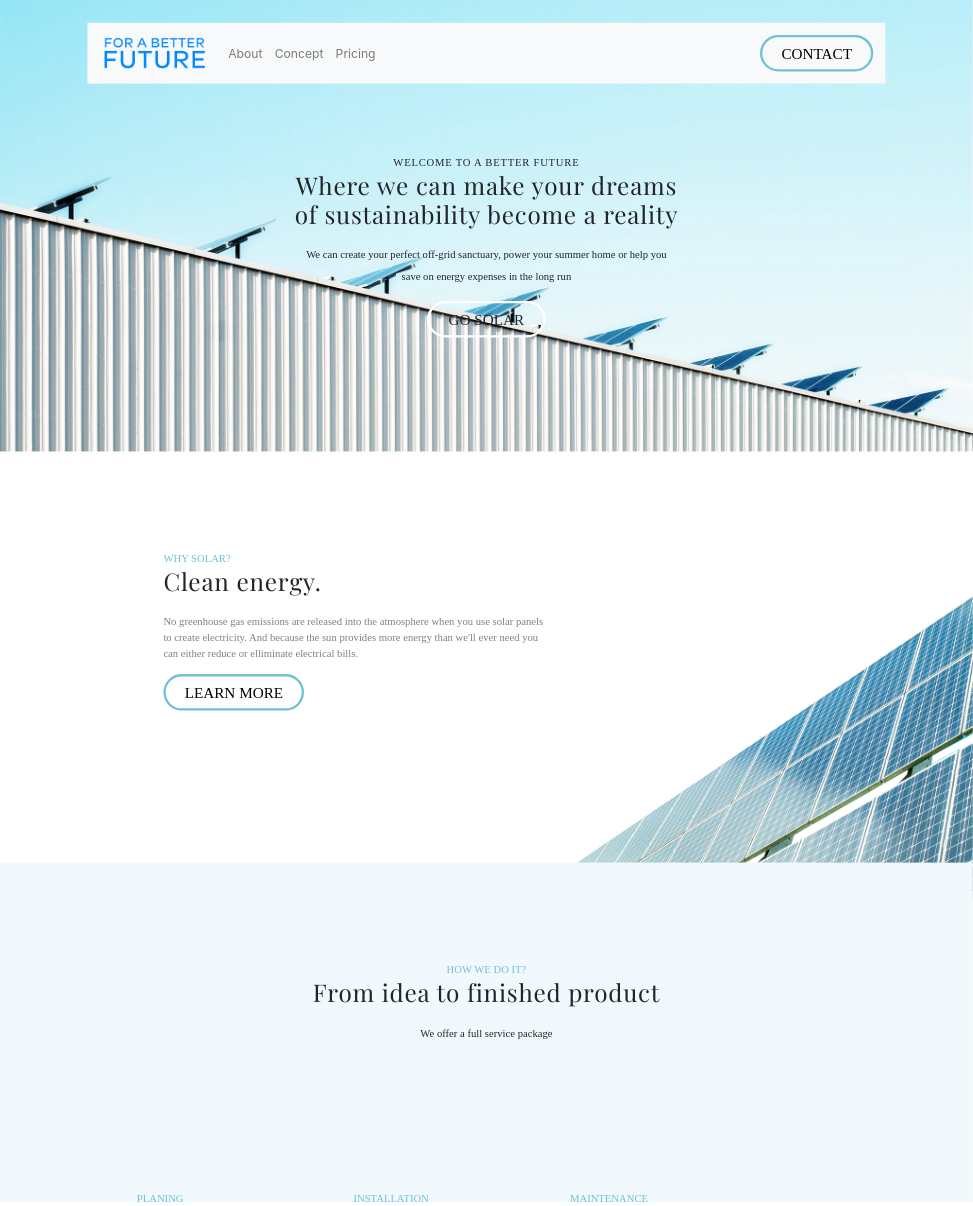
Repository: sabinemm/fabf
Page: index.html
The author's editor kept a record of every edit. The page is drawn from the files as they stood at one moment, then again after the next edit.
The browser window is 1280 px wide. The pictures show the whole page, at 76% of full size.
Backgrounds fixed to the window are drawn as part of the page. Some web fonts or font styles are not loaded; a fallback is used.

Above is the page before.

### index.html
<!DOCTYPE html>
<html lang="en">

<head>
    <meta charset="UTF-8">
    <meta name="viewport" content="width=device-width, initial-scale=1.0">
    <meta http-equiv="X-UA-Compatible" content="ie=edge">
    <link rel="stylesheet" href="style.css" type="text/css" />
    <link rel="stylesheet" href="https://stackpath.bootstrapcdn.com/bootstrap/4.3.1/css/bootstrap.min.css" integrity="sha384-ggOyR0iXCbMQv3Xipma34MD+dH/1fQ784/j6cY/iJTQUOhcWr7x9JvoRxT2MZw1T" crossorigin="anonymous">
    <link rel="stylesheet" media="screen" href="https://fontlibrary.org/face/roundo" type="text/css" />
    <link rel="stylesheet" media="screen" href="https://fontlibrary.org/face/source-sans-pro" type="text/css" />
    <link href="https://fonts.googleapis.com/css?family=Playfair+Display&display=swap" rel="stylesheet">
    <title>FOR A BETTER FUTURE</title>
</head>

<body>

    <!–-----– NAVBAR ------->

    <div class="container">
        <nav class="navbar navbar-fixed-top navbar-expand-lg navbar-light bg-light">
            <a class="navbar-brand" href="#">
          <img src="img/logo.svg" height="50px"alt="logo">
        </a>
            <button class="navbar-toggler" type="button" data-toggle="collapse" data-target="#navbarText" aria-controls="navbarText" aria-expanded="false" aria-label="Toggle navigation">
    <span class="navbar-toggler-icon"></span>
  </button>
            <div class="collapse navbar-collapse justify-content-center" id="navbarText">
                <ul class="navbar-nav mr-auto">
                    <li class="nav-item">
                        <a class="nav-link" href="#">About</a>
                    </li>
                    <li class="nav-item">
                        <a class="nav-link" href="#">Concept</a>
                    </li>
                    <li class="nav-item">
                        <a class="nav-link" href="#">Pricing</a>
                    </li>
                </ul>
                <span class="navbar-text">
          <button type="button" class="btn btn-blue-border">CONTACT</button>
    </span>
            </div>
        </nav>
    </div>

    <!–-----– FIRST SECTION ------->

    <section id="parallax">
        <div class="container">
            <div class="ltitle text-center">
                <p class="uppercase stitle">WELCOME TO A BETTER FUTURE</p>
                <h2> Where we can make your dreams <br> of sustainability become a reality </h2>
                <p class="tparagraph"> We can create your perfect off-grid sanctuary, power your summer home or help you <br> save on energy expenses in the long run</p>
                <button type="button" class="btn  btn-transp-white-border">GO SOLAR</button>
            </div>
        </div>
    </section>

    <!–-----– SECOND SECTION ------->

    <section id="clean">
        <div class="container container-fluid section-2">
            <div class="row">
                <div class="col col-md-6">
                    <p class="uppercase stitle stitle-blue">WHY SOLAR?</p>
                    <h2 class="ltitle ltitle2"> Clean energy.</h2>
                    <p class="tparagraph tparagraph2"> No greenhouse gas emissions are released into the atmosphere when you use solar panels to create electricity. And because the sun provides more energy than we'll ever need you can either reduce or elliminate electrical bills. </p>
                    <button type="button" class="btn btn-blue-border">LEARN MORE</button>

                </div>
            </div>

            <div class="container">
                <div class="col col-md-6 offset-md-6">
                    <img src="img/sidepanel.png" class="sidepanel"></img>
                </div>
            </div>
        </div>

    </section>

    <!–-----– THIRD SECTION ------->

    <section id="idea">
        <div class="idea-title text-center">
            <p class="uppercase stitle stitle-blue">HOW WE DO IT?</p>
            <h2 class="ltitle ltitle2"> From idea to finished product</h2>
            <p class="tparagraph">We offer a full service package</p>

        </div>
        <div class="container idea-table">
            <div class="row justify-content-center">
                <div class=" col-3">
                     <p class="uppercase stitle stitle-blue">PLANING</p>
                </div>
                <div class="col-3">
                     <p class="uppercase stitle stitle-blue">INSTALLATION</p>
                </div>
                <div class="col-sm-4 col-md-4">
                     <p class="uppercase stitle stitle-blue">MAINTENANCE</p>
                </div>
            </div>

        </div>

    </section>

</body>

</html>

### style.css

/*-------------------navbar------------------*/

.navbar {
    margin-top: 30px;
    margin-left: 30px;
    margin-right: 30px;

}

@media (max-width:536px) {
    .navbar {
        margin-top: 15px;
        margin-left: 10px;
        margin-right: 10px;
    }
}

/*-------------------Buttons------------------*/

.btn-transp-white-border,
.btn-transp-white-border:hover,
.btn-transp-white-border:active,
.btn-transp-white-border:visited,
.btn-transp-white-border:active:focus,
.btn-transp-white-border:focus {
    background-color: rgba(0, 0, 0, 0);
    border: solid 3px white !important;
    border-radius: 30px !important;
    color: white;
    text-align: center;
    text-decoration: none;
    display: inline-block;
    font-size: 20px !important;
    font-family: 'SourceSansProRegular';
    padding-left: 25px !important;
    padding-right: 25px !important;
}


.btn-transp-white-border:hover {
    background-color: rgba(255, 255, 255, 0.5);
    padding-left: 25px;
    padding-right: 25px;
}


.btn-blue-border,
.btn-blue-border:hover,
.btn-blue-border:active,
.btn-blue-border:visited,
.btn-blue-border:active:focus,
.btn-blue-border:focus {
    background-color: rgba(0, 0, 0, 0) !important;
    border: solid 3px rgb(112, 192, 214) !important;
    border-radius: 30px !important;
    color: black !important;
    text-align: center;
    text-decoration: none;
    display: inline-block;
    font-size: 20px !important;
    font-family: 'SourceSansProRegular';
    padding-left: 25px !important;
    padding-right: 25px!important;
}

.btn-blue-border:hover {
    background-color: rgba(112, 192, 214, 0.5) !important;
    padding-left: 25px;
    padding-right: 25px;
}


/*-------------------SECTION 1 PAGE 1------------------*/

#parallax {
    background: url(img/1page1section.jpg);
    background-attachment: fixed;
    background-position: bottom;
    background-repeat: no-repeat;
    background-size: cover;
    margin-top: -110px;
}

@media (max-width:536px) {
    #parallax {
        margin-top: -110px;
    }
}

.stitle {
    font-size: 14px;
    font-family: 'RoundoRegular';
    font-weight: 500;
    font-style: normal;
    margin-bottom: -5px;
}

.ltitle {
    padding-top: 200px;
    font-family: 'Playfair Display';
    letter-spacing: 1px;
    line-height: 30px;
    padding-bottom: 150px;
}

@media (max-width:768px) {
    .ltitle {
        padding-top: 150px;
        padding-bottom: 100px;
    }
}

.tparagraph {
    padding-top: 10px;
    font-family: 'SourceSansProRegular';
    font-weight: normal;
    font-style: normal;
    font-size: 14px;
    letter-spacing: 0;
}

@media (max-width:768px) {
    br {
        display: none !important;
        visibility: hidden;
    }
}

/*-------------------SECTION 2 PAGE 1------------------*/
#clean {
    padding-left: 0;
}
@media (min-width:768px) {
#clean {
    padding-left: 200px;
}
}


.stitle-blue {
    color:rgb(112, 192, 214);
    padding-top: 70px;

}

@media (min-width:768px) {
    .stitle-blue {
        padding-top: 130px;
    }
}

.ltitle2 {
padding-top: 10px;
padding-bottom: 10px;
}

.tparagraph2 {
    color: gray;

}

.section-2 {
  padding-bottom: 100px;
}

.sidepanel {
position:relative;
float: right;
height:400px;
margin-top: -150px;
margin-right: -45px;
z-index: -1;
}

/*-------------------SECTION 3 PAGE 1------------------*/

#idea {
    background-color: rgb(242, 249,252);
}

.idea-title {;
    padding-bottom: 50px;
    margin-top: 100px;
}

After the next edit:
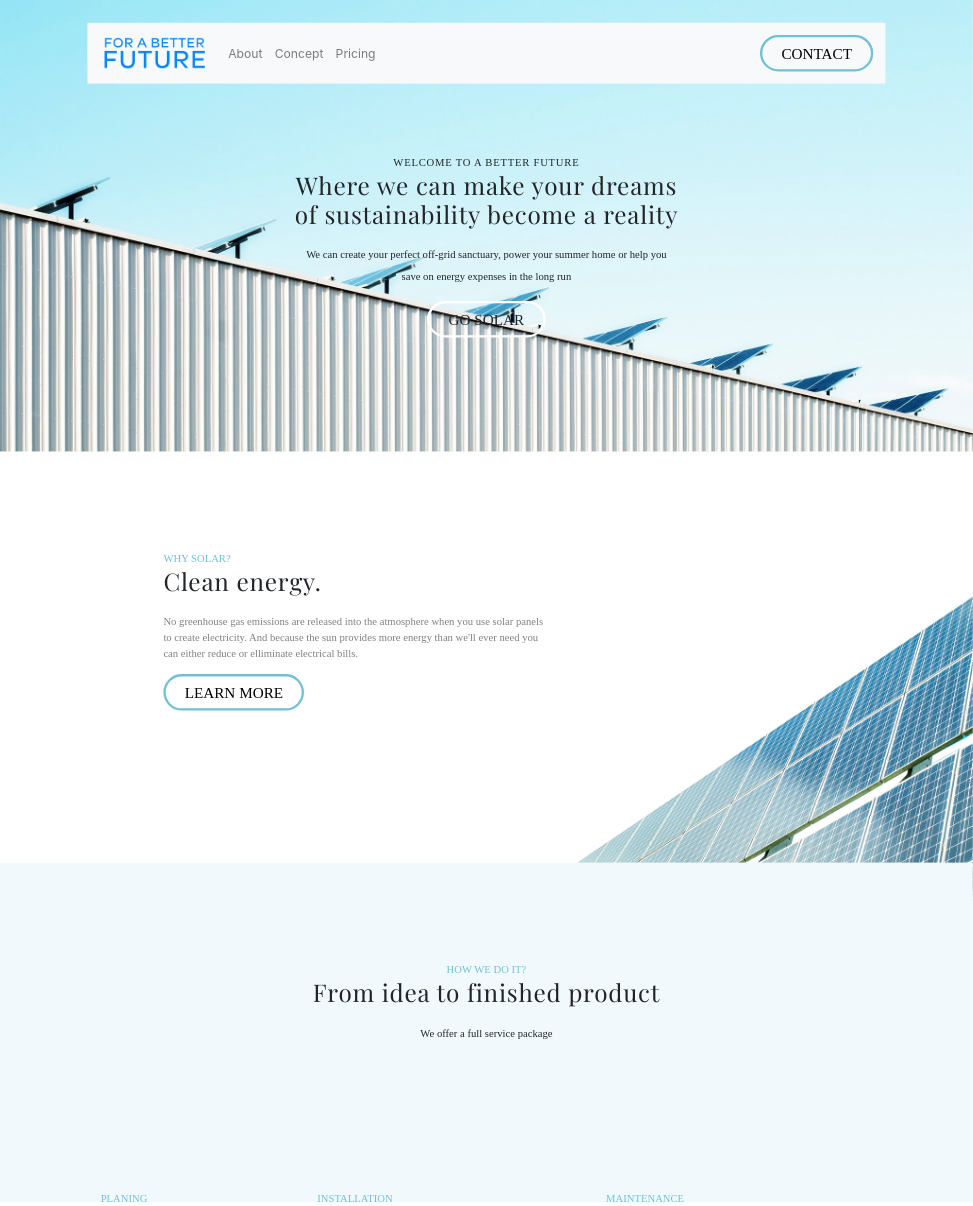
The edit:
--- a/index.html
+++ b/index.html
@@ -94,7 +94,7 @@
                 <div class=" col-3">
                      <p class="uppercase stitle stitle-blue">PLANING</p>
                 </div>
-                <div class="col-3">
+                <div class="col-sm-4 col-md-4">
                      <p class="uppercase stitle stitle-blue">INSTALLATION</p>
                 </div>
                 <div class="col-sm-4 col-md-4">
